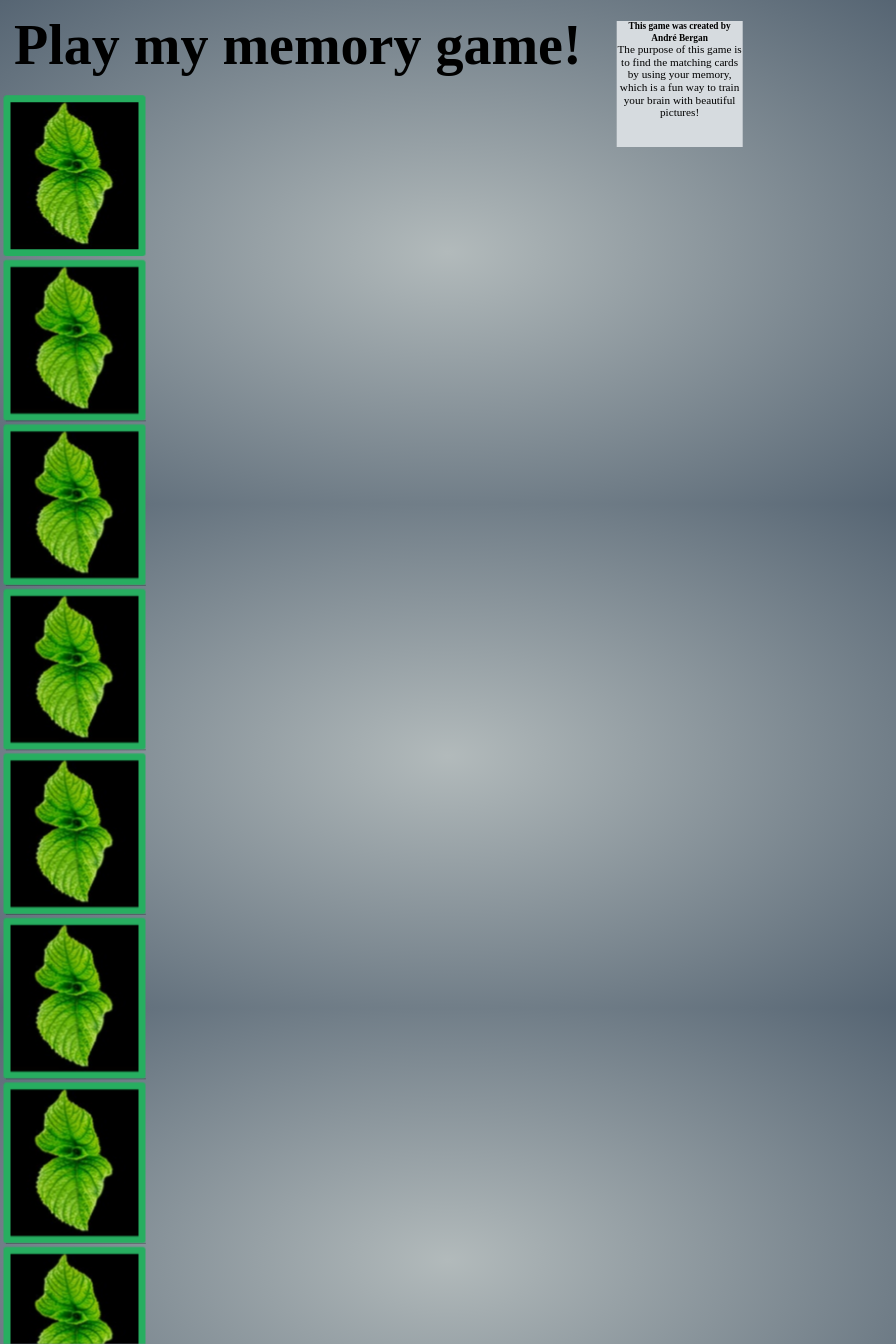
Repository: Code-Institute-Submissions/Milestone-Project-24
Page: index2.html
The author's editor kept a record of every edit. The page is drawn from the files as they stood at one moment, then again after the next edit.
The browser window is 1280 px wide. The pictures show the part of the page from y = 0 to 1920 px (the page is 4831 px tall), at 70% of full size.

Above is the page before.
Console error: SyntaxError: Unexpected token 'return'

After the next edit:
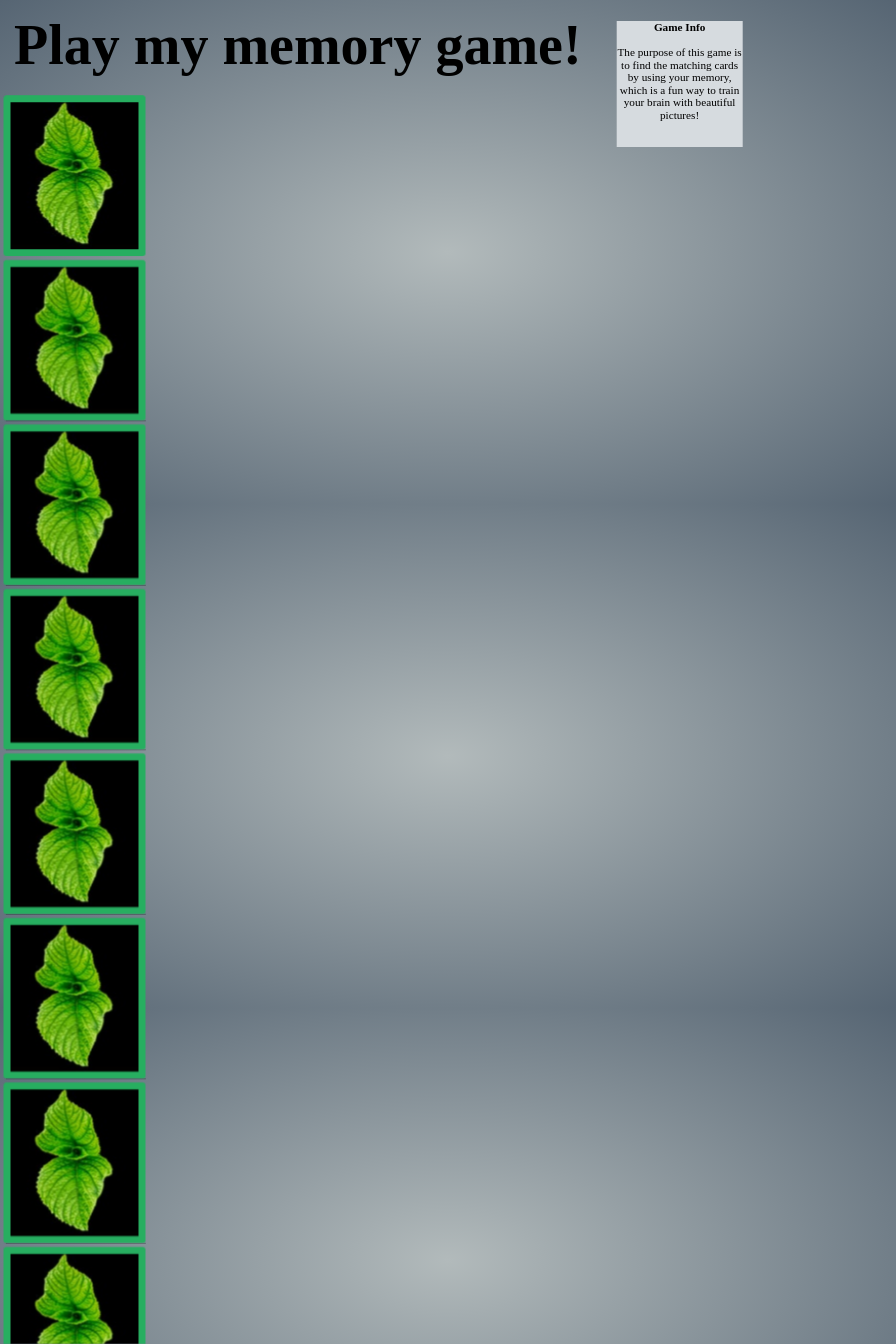
The edit:
--- a/index2.html
+++ b/index2.html
@@ -104,9 +104,10 @@
     </section>
     <footer>
         <div class="container">
-        <h5>This game was created by André Bergan</h5>
-        <p class="game-description">The purpose of this game is to find the matching cards by using your memory,
-        which is a fun way to train your brain with beautiful pictures!</p>
+            <h4>Game Info</h4>
+            <br>
+            <p class="game-description">The purpose of this game is to find the matching cards by using your memory, which is a fun way to train your brain with beautiful pictures!</p>
+        </div>
     </footer>
     <script src="assets/js/main.js"></script>
 </body>
